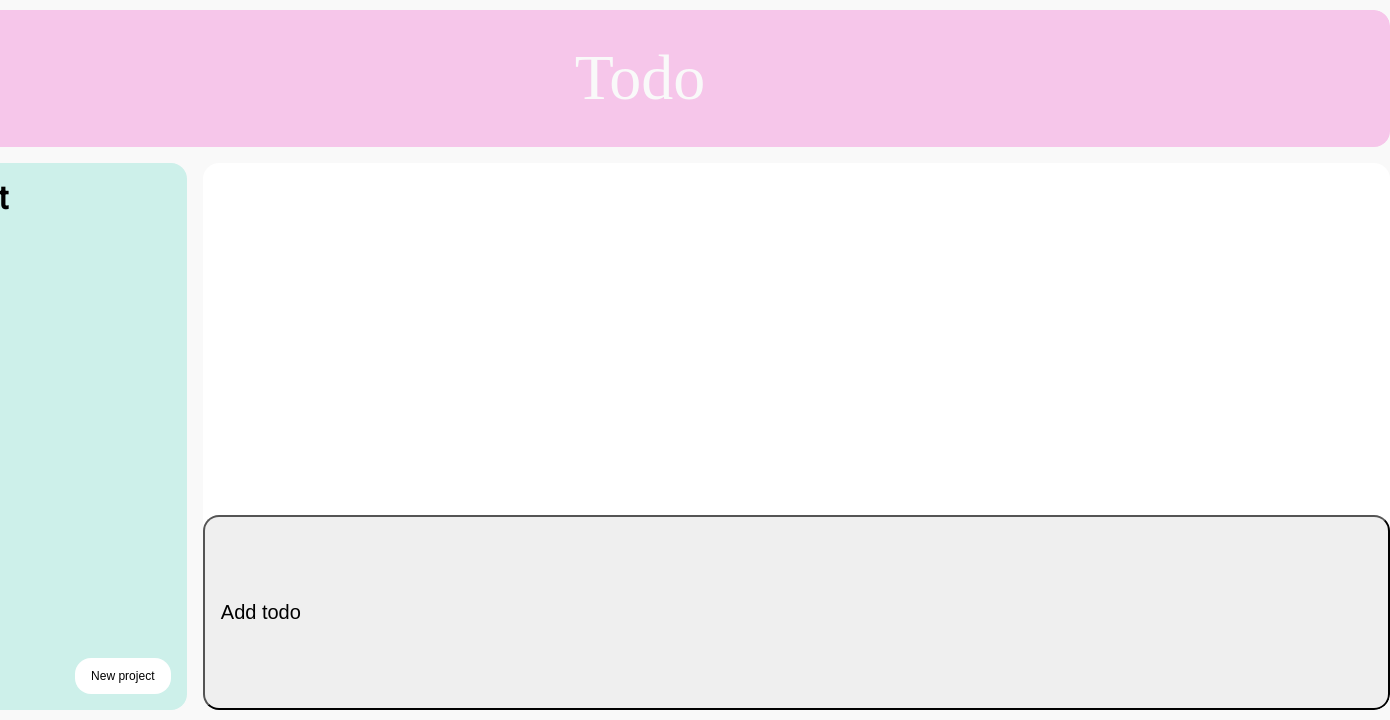
Repository: yeetzpxoci/todo-list
Page: dist/index.html
The author's editor kept a copy of each file at every save. The page is drawn from the files as they stood at one save, then again after the next save.
The browser window is 1280 px wide. The page is 1390 px wide, so the pictures cover 1390 px, including what lies to the right of the window. The pictures show the whole page.
Some web fonts or font styles are not loaded; a fallback is used.

Above is the page before, as saved 2023-03-08 12:33:02.

### dist/index.html
<!DOCTYPE html>
<html lang="en">
<head>
    <meta charset="UTF-8">
    <meta http-equiv="X-UA-Compatible" content="IE=edge">
    <meta name="viewport" content="width=device-width, initial-scale=1.0">
    <title>Todo List</title>
    <link rel="stylesheet" href="styles.css">
    <link rel="preconnect" href="https://fonts.googleapis.com">
    <link rel="preconnect" href="https://fonts.gstatic.com" crossorigin>
    <link href="https://fonts.googleapis.com/css2?family=Tilt+Warp&display=swap" rel="stylesheet">
    <link href="https://fonts.googleapis.com/css2?family=Roboto&family=Tilt+Warp&display=swap" rel="stylesheet">
</head>
<body>

<script src="main.js"></script>
</body>
</html>

### dist/styles.css
body, html {
    margin:0;
    padding: 0;
}

body {
    min-height: 100vh;
    display: flex;
    flex-direction: column;
    justify-content: center;
    align-items: center;
    font-family: 'Roboto';
    background-color: #F9F9F9;
}

p {
    margin: 0;
    padding: 0;
}

#content {
    width: 1500px;
    height: 700px;
    display: grid;
    grid-template-columns: 1fr 4fr;
    grid-template-rows: 1fr 4fr;
    background-color: #F9F9F9;
    z-index: 0;
    overflow: hidden;
    border-radius: 16px;
    gap: 16px;
}

#header {
    display: flex;
    justify-content: center;
    align-items: center;
    background-color: #F6C6EA;
    font-size: 64px;
    font-family: 'Tilt Warp', cursive;
    grid-column: 1 / 3;
    grid-row: 1 / 2;
    z-index: 1;
    border-radius: 16px;
}

#header p {
    margin: 24px;
    padding: 0;
    color: #F9F9F9;
}

#sidebar {
    display: flex;
    flex-direction: column;
    background-color: #CDF0EA;
    grid-column: 1 / 2;
    grid-row: 2 / 3;
    z-index: -1;
    border-radius: 16px;
}

#projects-div {
    display: flex;
    flex-direction: column;
    width: 100%;
}

#add-project {
    align-self: flex-end;
    border-radius: 16px;
    border-width: 0;
    height: 36px;
    width: 96px;
    font-size: 12px;
    margin-top: auto;
    margin-right: 16px;
    margin-bottom: 16px;
    background-color: #FFFFFF;
    cursor: pointer;
}

#add-todo {
    display: flex;
    justify-content: space-between;
    align-items: center;
    height: 60%;
    border-radius: 16px;
    padding-left: 16px;
    padding-right: 16px;
    font-size: 20px;
    cursor: pointer;
}

.project-name {
    font-size: 32px;
    font-weight: bold;
    cursor: pointer;
    margin: 0;
    padding: 0;
}

.project-div {
    display: flex;
    justify-content: space-between;
    align-items: center;
    padding: 16px;
}

.project-remove-button {
    background-color: transparent;
    border-radius: 8px;
    border-width: 0px;
    font-weight: bold;
    font-size: 32px;
    cursor: pointer;
}

#todos-wrapper {
    display: flex;
    flex-direction: column;
    gap: 16px;
    background-color: #FFFFFF;
    border-radius: 16px;
}

#todos {
    height: 100%;
    display: grid;
    grid-template-columns: 1fr 1fr;
    grid-auto-rows: 20%;
    column-gap: 16px;
    padding-left: 16px;
    padding-right: 16px;
    margin-top: 16px;
    overflow: scroll;
}

.todo, .todo-high, .todo-medium, .todo-low {
    display: flex;
    justify-content: space-between;
    align-items: center;
    height: 60%;
    border-radius: 16px;
    padding-left: 16px;
    padding-right: 16px;
    font-size: 20px;
}

.todo-high {
    background-color: #FFCBCB;
}

.todo-medium {
    background-color: #FFFDDE;
}

.todo-low {
    background-color: #E7FBBE;
}

.due {
    padding-left: 128px;
}

.checkbox {
    transform: scale(2);
}

.description {
    background-color: #caf1ff;
    border-radius: 16px;
    border-width: 0px;
    font-size: 20px;
    padding: 4px;
    cursor: pointer;
    background-color: transparent;
}

#description-div {
    display: none;
    flex-direction: column;
    flex-wrap: wrap;
    background-color: #F9F9F9;
    width: 25%;
    height: 40%;
    border-radius: 16px;
    padding: 16px;
    position: absolute;
    margin-left: auto;
    margin-right: auto;
    left: 0;
    right: 0;
    z-index: 2;
    box-shadow: 0 0 0 1600px rgba(0, 0, 0, 0.65);
}

#description-text {
    justify-content: baseline;
}

#close-button {
    margin-top: -8px;
    margin-right: -8px;
    font-weight: bold;
    width: 24px;
    height: 24px;
    align-self: flex-end;
    background-color: transparent;
    border: transparent;
    cursor: pointer;
}

#new-project-form {
    display: none;
    flex-direction: column;
    align-items: center;
    gap: 8px;
    flex-wrap: wrap;
    background-color: #F9F9F9;
    width: 20%;
    height: 10%;
    border-radius: 16px;
    padding: 16px;
    position: absolute;
    margin-left: auto;
    margin-right: auto;
    left: 0;
    right: 0;
    top: 256px;
    z-index: 2;
    box-shadow: 0 0 0 1600px rgba(0, 0, 0, 0.65);
}

#new-todo-form {
    display: none;
    flex-direction: column;
    align-items: center;
    gap: 8px;
    flex-wrap: wrap;
    background-color: #F9F9F9;
    width: 20%;
    height: 20%;
    border-radius: 16px;
    padding: 16px;
    position: absolute;
    margin-left: auto;
    margin-right: auto;
    left: 0;
    right: 0;
    top: 256px;
    z-index: 2;
    box-shadow: 0 0 0 1600px rgba(0, 0, 0, 0.65);
}

Loaded but not shown: dist/main.js (library)

After the next save:
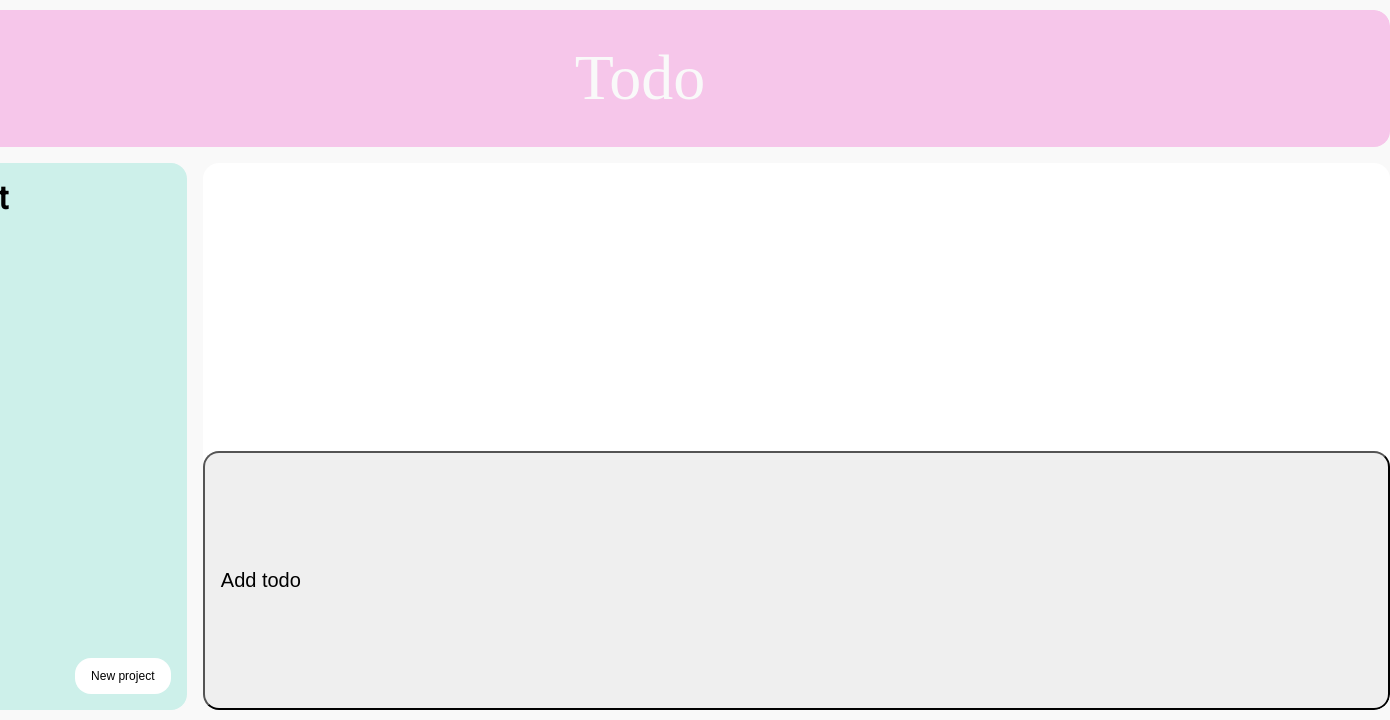
Saved 2 h 4 min later.
--- a/dist/styles.css
+++ b/dist/styles.css
@@ -84,7 +84,7 @@ p {
     display: flex;
     justify-content: space-between;
     align-items: center;
-    height: 60%;
+    height: 100%;
     border-radius: 16px;
     padding-left: 16px;
     padding-right: 16px;
